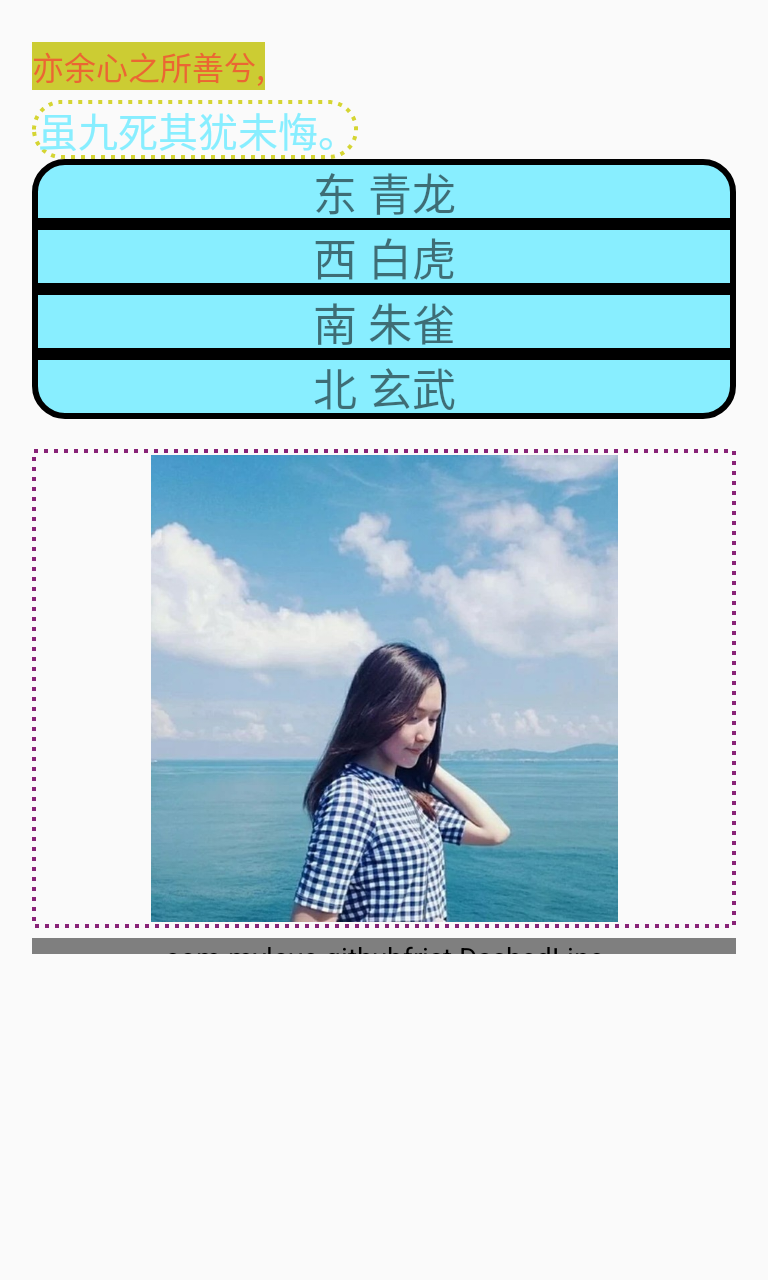
Repository: duhei/cici
Layout: GitHubFrist/res/layout/activity_main.xml
An editor plug-in stored every save of this project. The layout is shown before and after the next save, followed by the edit.
Pictures or frames that could not be fetched are drawn as grey boxes. It is drawn on a 768 x 1280 px phone screen (xhdpi) without system bars, with theme AppTheme; the app's code is not run.

Above is the layout before, as saved 2015-07-10 09:37:28.

After the next save:
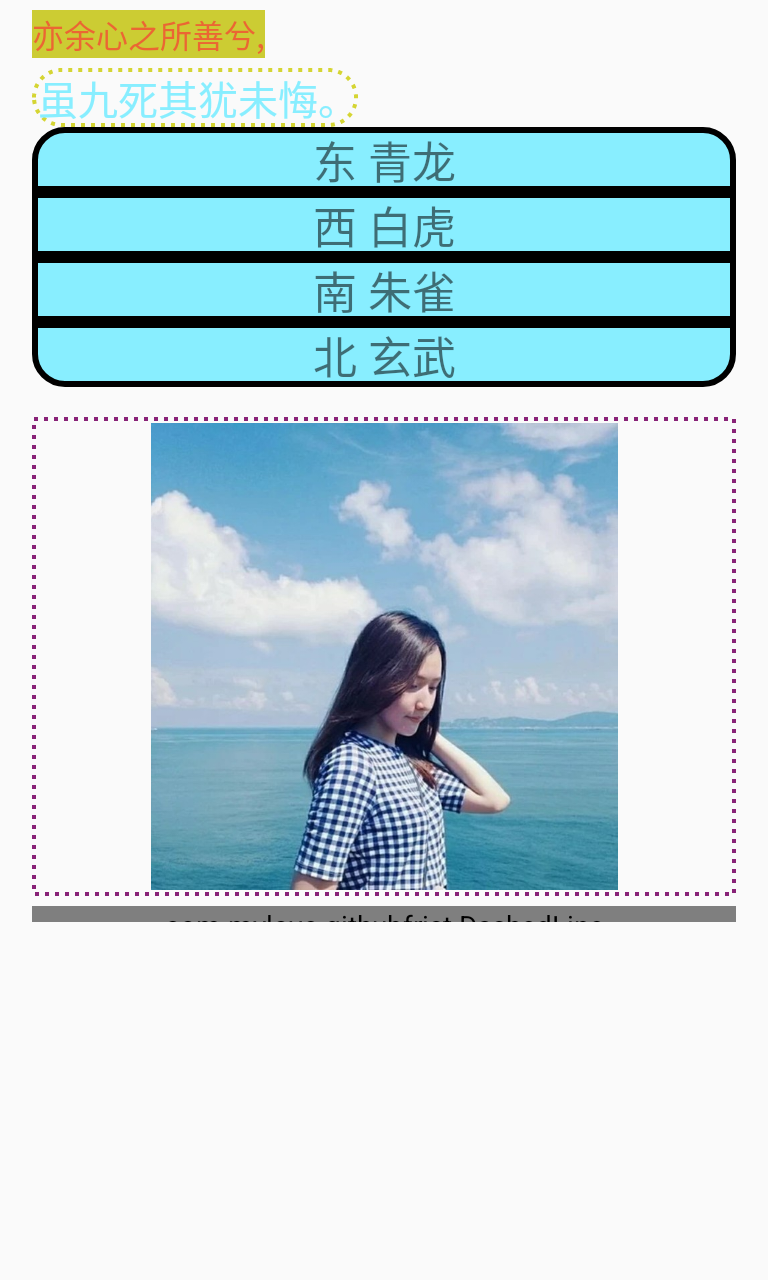
Saved 9 s later.
--- a/GitHubFrist/res/layout/activity_main.xml
+++ b/GitHubFrist/res/layout/activity_main.xml
@@ -2,10 +2,10 @@
     xmlns:tools="http://schemas.android.com/tools"
     android:layout_width="match_parent"
     android:layout_height="match_parent"
-    android:paddingBottom="@dimen/activity_vertical_margin"
+
     android:paddingLeft="@dimen/activity_horizontal_margin"
     android:paddingRight="@dimen/activity_horizontal_margin"
-    android:paddingTop="@dimen/activity_vertical_margin"
+
     tools:context="com.mylove.githubfrist.MainActivity"
     android:orientation="vertical"
     >
